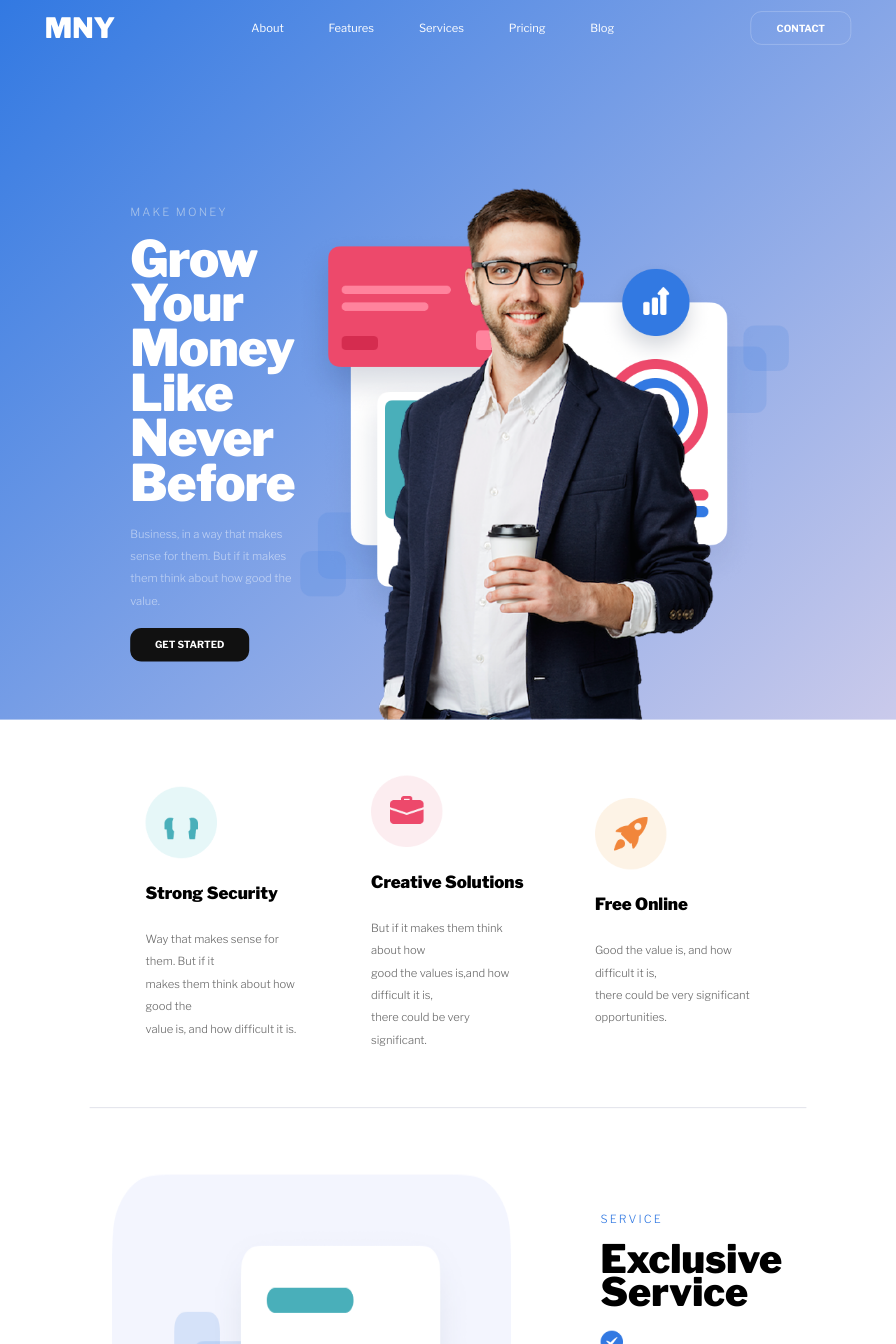
Repository: juniorAntunes910/Make-Money-Design-Avaliacao
Page: index.html
These files come from the project's save history. The page is drawn as it stood at one moment and after the next save; the edit follows.
The browser window is 1280 px wide. The pictures show the part of the page from y = 0 to 1920 px (the page is 8586 px tall), at 70% of full size.

Above is the page before, as saved 2026-03-13 12:09:01.

After the next save:
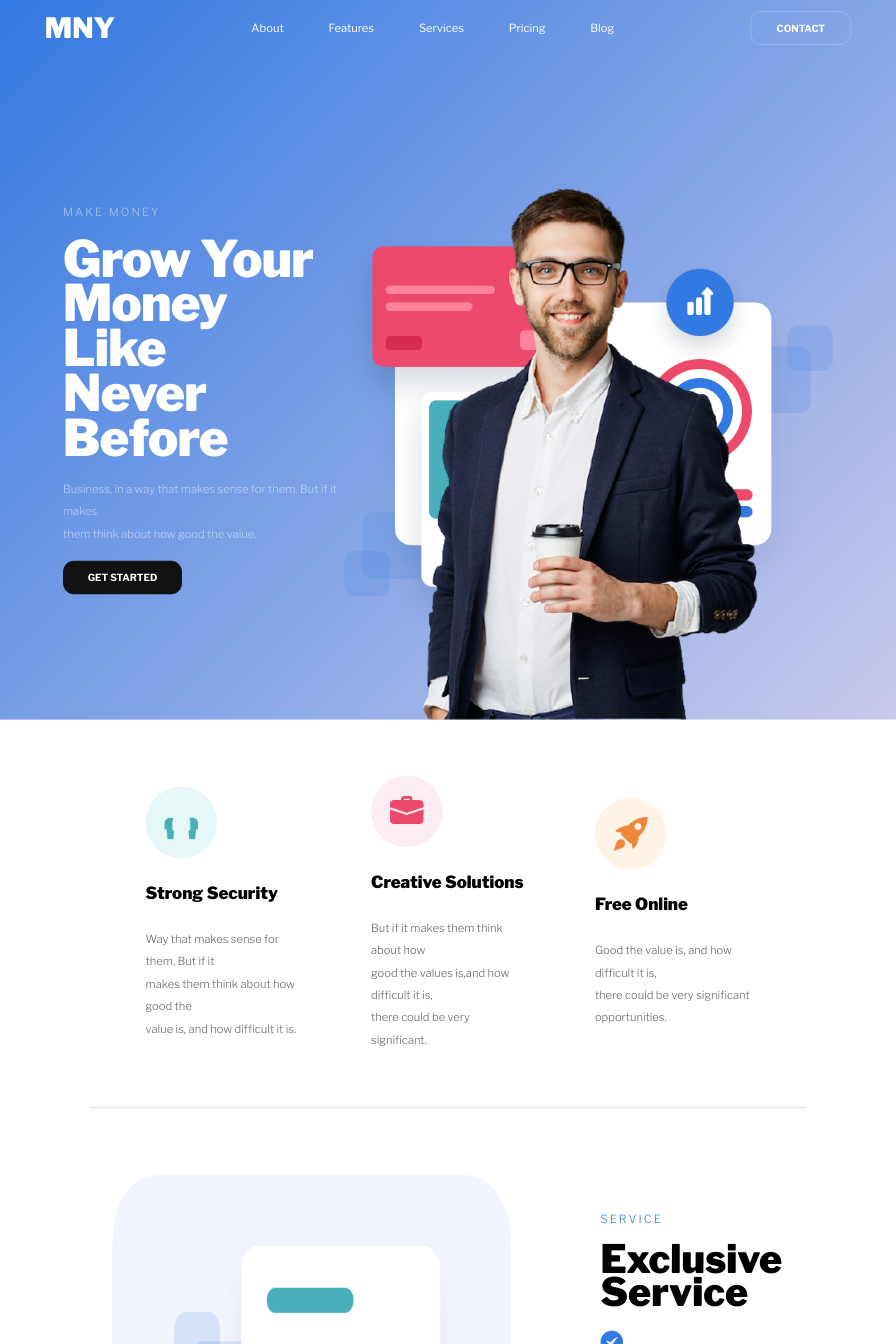
Saved 54 s later.
--- a/index.html
+++ b/index.html
@@ -39,7 +39,7 @@
         </header>
 
         <main>
-            <section id="hero" class="container container-desktop">
+            <section id="hero" class="container">
                 <div class="container" id="hero-contet">
 
                     <h3 class="hero-header-subtitle">
